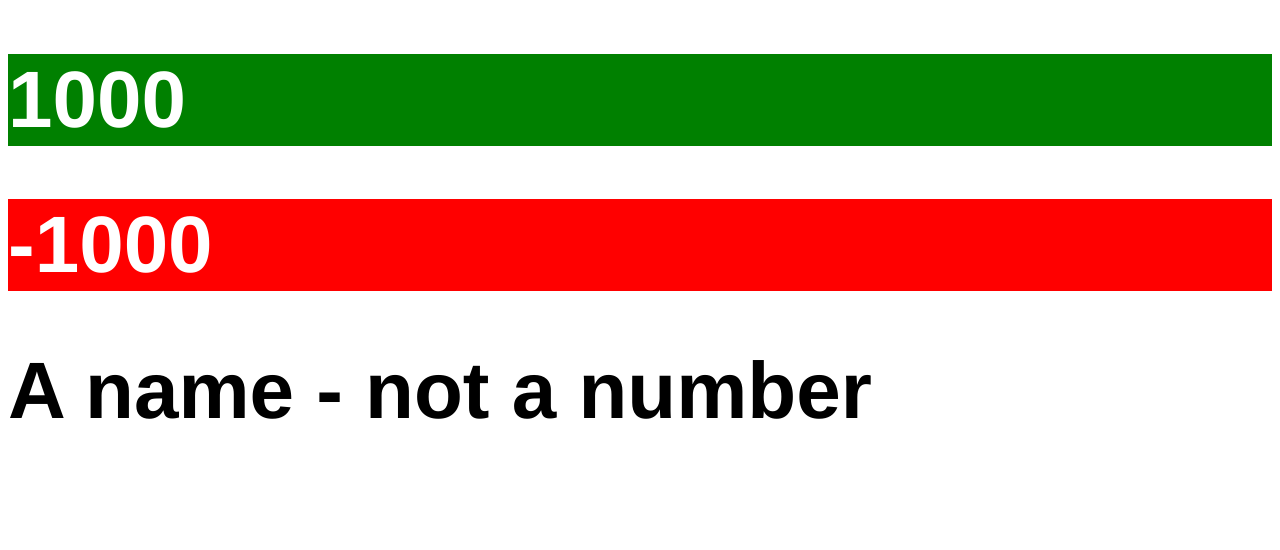
Repository: sammkrt/saltPrecourse
Page: jsDom-trainingGround/eventsInTheDom.html
The author's editor kept a copy of each file at every save. The page is drawn from the files as they stood at one save, then again after the next save.
The browser window is 1280 px wide. The pictures show the whole page.

Above is the page before, as saved 2022-12-23 18:03:39.

After the next save:
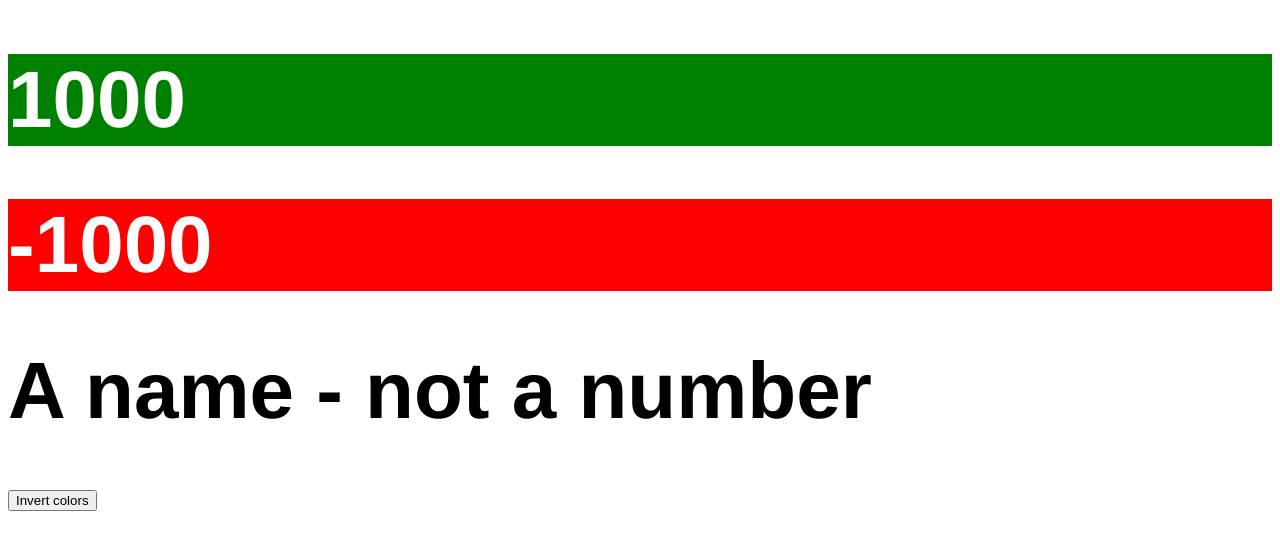
Saved 51 s later.
--- a/jsDom-trainingGround/eventsInTheDom.html
+++ b/jsDom-trainingGround/eventsInTheDom.html
@@ -79,6 +79,8 @@
         <h1 class="mainResult">1000</h1>
         <h1 class="mainResult">-1000</h1>
         <h1 class="mainResult"> A name - not a number</h1>
+
+    <button onclick="invertColorOfResults();">Invert colors</button>
     </main>
     <script>
         addResultStyling()
